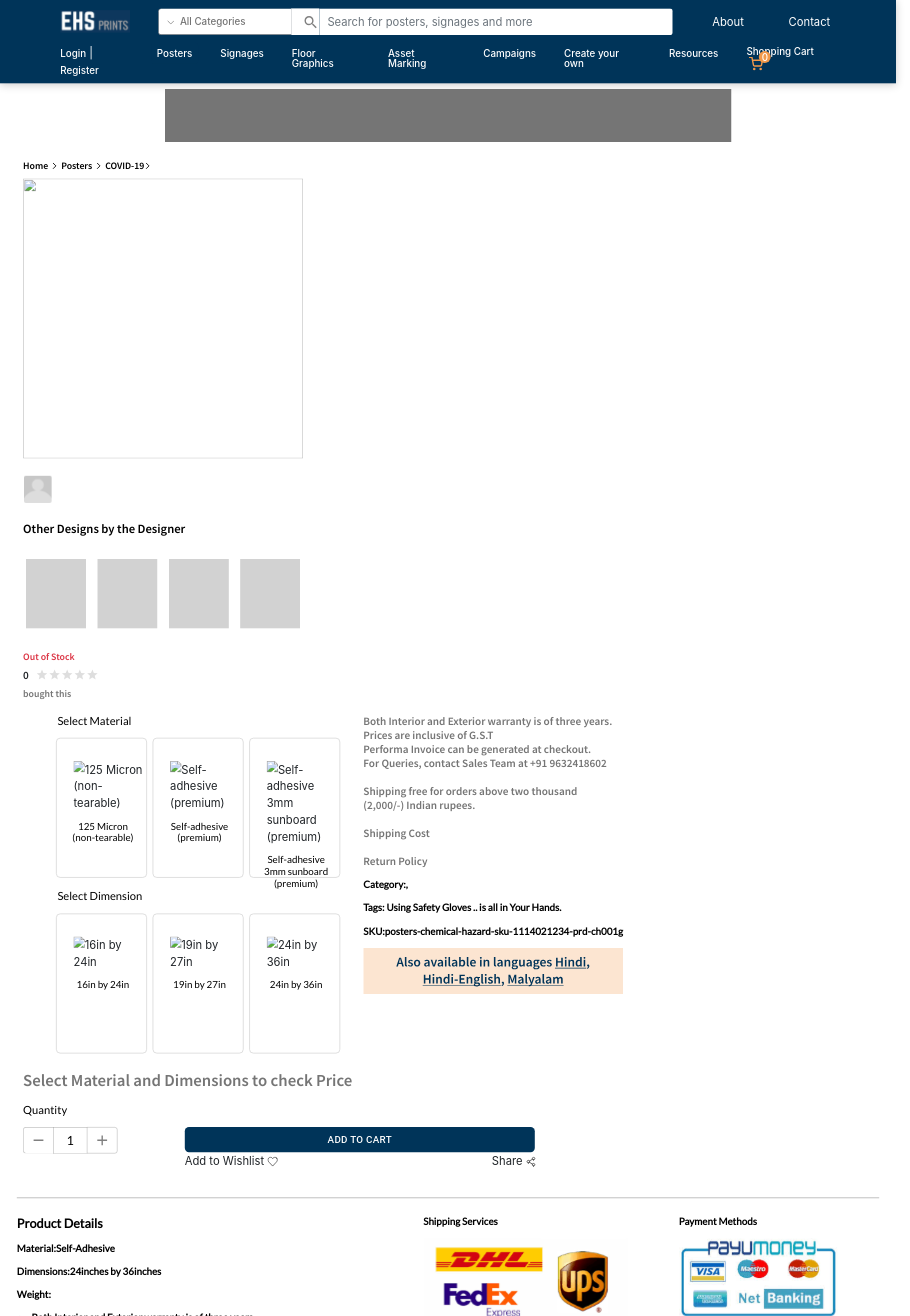
Repository: thanigaivel97/ehs
Page: /item/undefined
The author's editor kept a copy of each file at every save. The page is drawn from the files as they stood at one save, then again after the next save.
The browser window is 1280 px wide. The page is 1300 px wide, so the pictures cover 1300 px, including what lies to the right of the window. The pictures show the part of the page from y = 0 to 1880 px (the page is 3373 px tall before and 2695 px after), at 70% of full size.
The page's requests for data from a server got no answer. The project was rebuilt for these pictures with package versions that can differ from the ones it lists, and the page was loaded fresh each time. No one was signed in, and anything a server would have sent is missing. Also part of the build but not shown: src/components/homepage/design/Design.css, src/components/homepage/design/Design.jsx, src/components/homepage/collections/Collections.css, src/components/homepage/collections/Collections.jsx, src/components/homepage/leftimages/LeftImages.jsx, src/components/homepage/right/Right.css, src/components/homepage/right/floorbox/FloorBox.jsx, src/components/homepage/right/ImgBox.jsx and 15 more.

Above is the page before, as saved 2020-12-25 12:36:43.

After the next save:
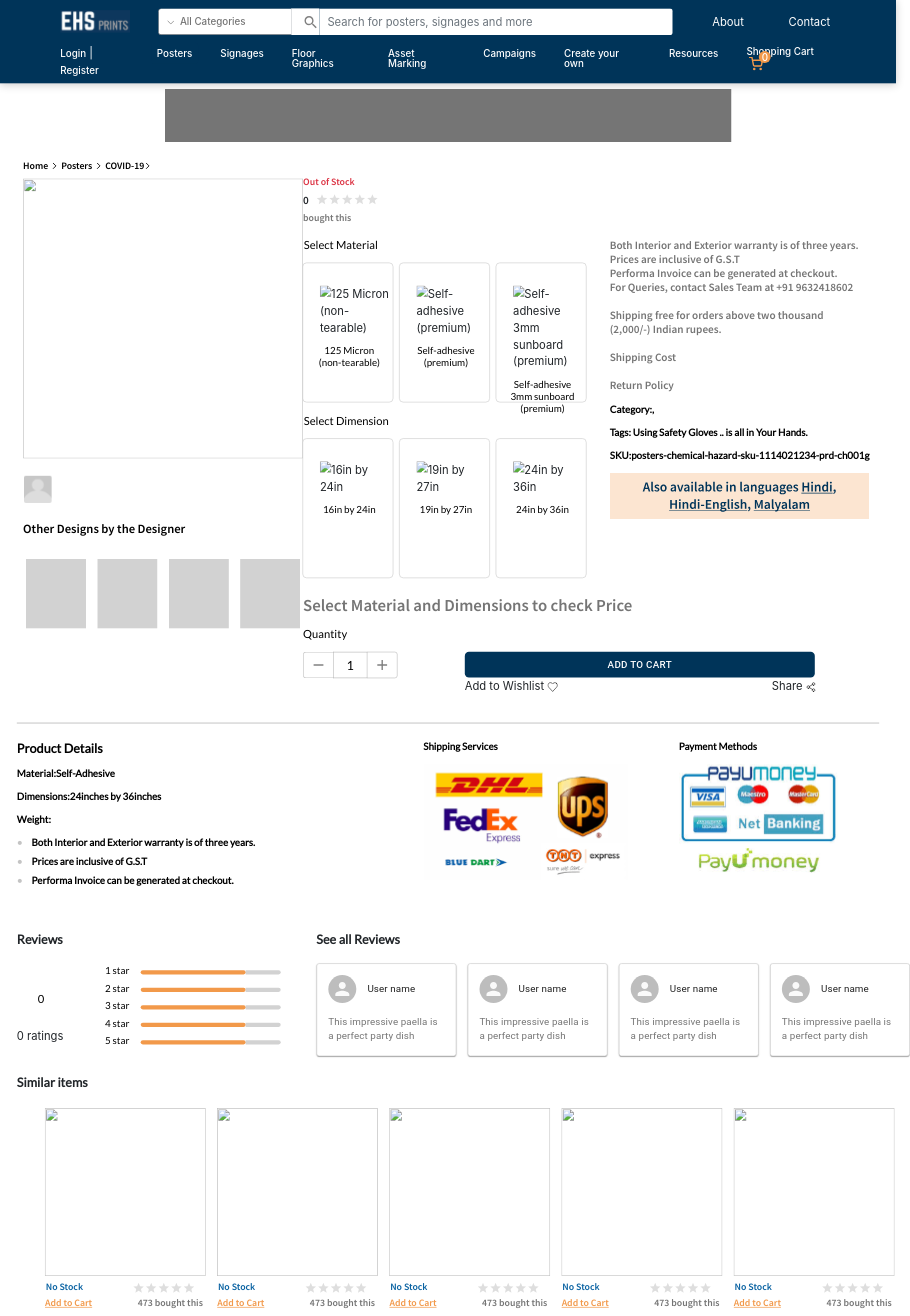
Saved 20 s later.
--- a/src/components/productdescription/ProductDescription.jsx
+++ b/src/components/productdescription/ProductDescription.jsx
@@ -266,7 +266,7 @@ function ProductDescription(props) {
             >
               {posterData.bought} bought this
             </p>
-            <Grid className="container mt-2 ml-5">
+            <Grid className="container mt-2">
               <Grid.Row columns="2" style={{}}>
                 <Grid.Column>
                   <p className="select ">Select Material</p>
